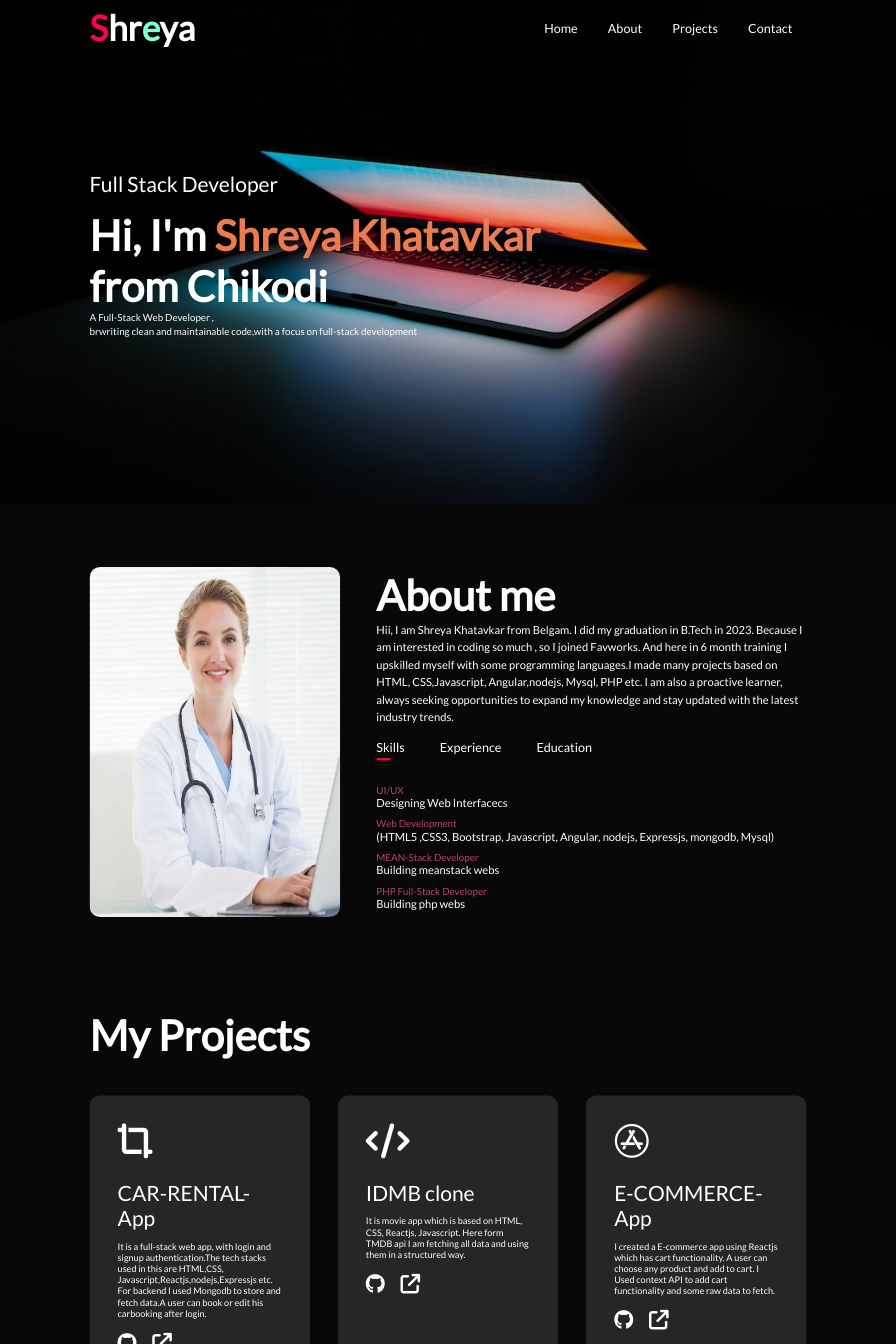
Repository: Shreya-0107/My-Portfoilo
Page: index.html
These files come from the project's save history. The page is drawn as it stood at one moment and after the next save; the edit follows.
The browser window is 1280 px wide. The pictures show the part of the page from y = 0 to 1920 px (the page is 3302 px tall), at 70% of full size.
Some web libraries are served in a nearby version.

Above is the page before, as saved 2024-05-03 13:11:19.

After the next save:
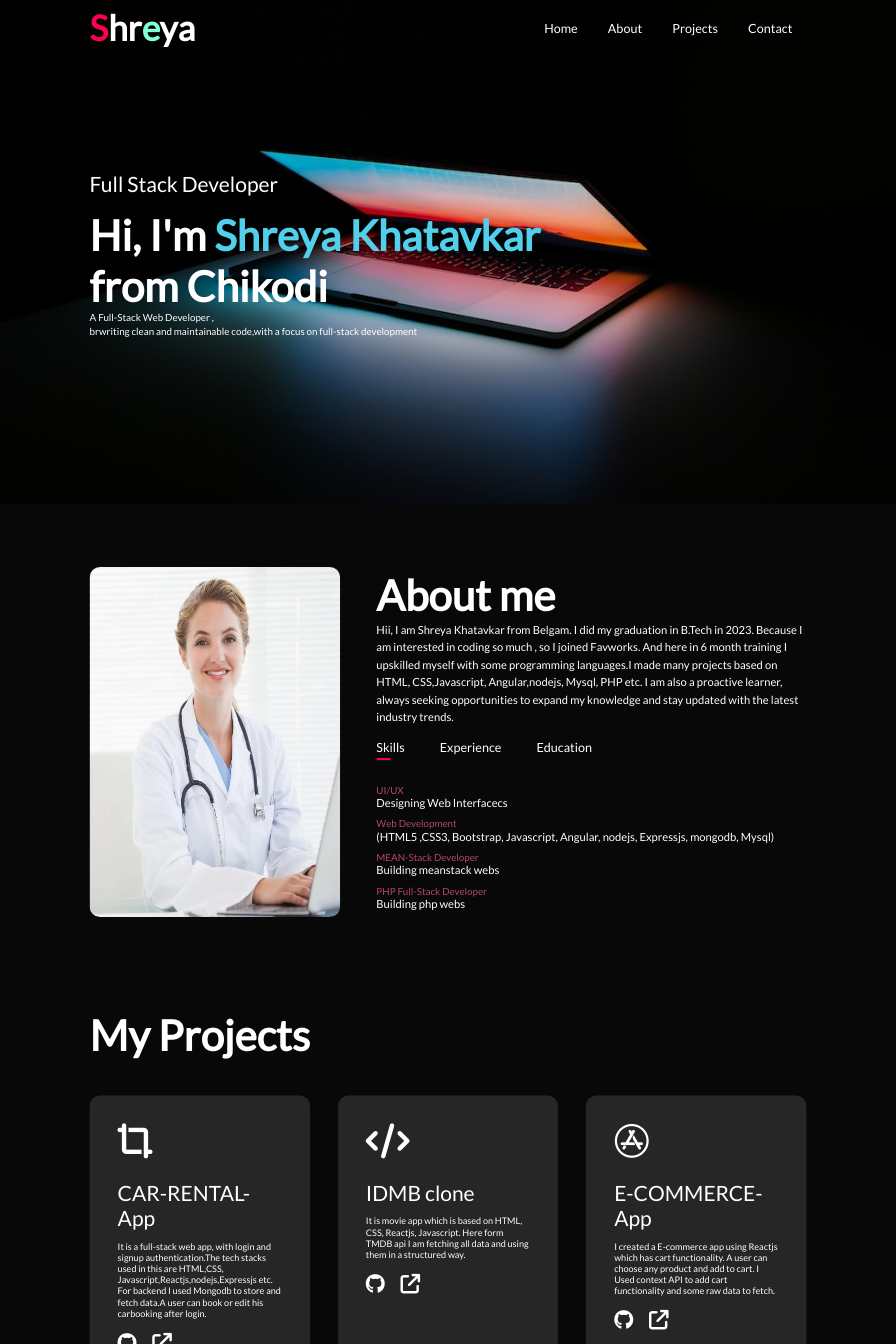
Saved 39 s later.
--- a/style.css
+++ b/style.css
@@ -67,7 +67,7 @@ nav ul li a:hover::after {
   margin-top: 20px;
 }
 .header-text h1 span {
-  color: #EB7B51;
+  color: #51cfeb;
 }
 
 /* ---------------about-------------- */
